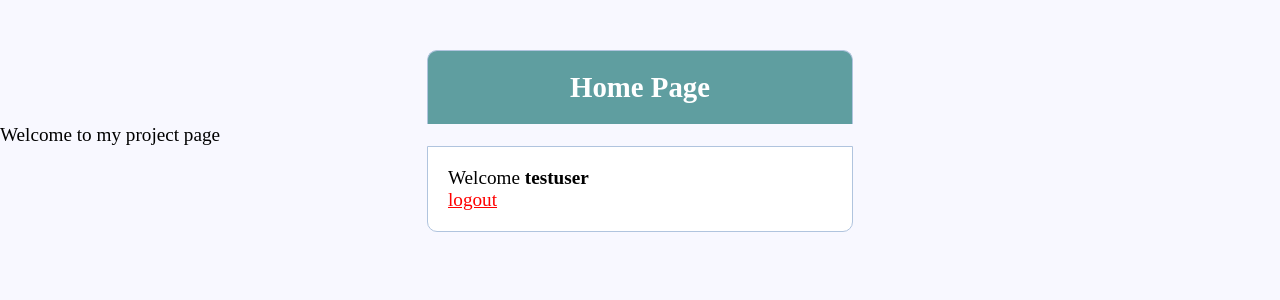
Repository: MrSyntax31/myPage
Page: http://localhost/
These files come from the project's save history. The page is drawn as it stood at one moment and after a run of saves; the edit follows.
The browser window is 1280 px wide. The pictures show the whole page.
The page is run by PHP 8.4 with error messages shown; the project is at /var/www/html/. The session is filled in as if someone had signed in: {"username": "testuser"}. Other server files are loaded and not shown.

Above is the page before, as saved 2022-02-26 16:04:53.

### index.php
<?php
  session_start();

  if (!isset($_SESSION['username'])) {
  	$_SESSION['msg'] = "You must log in first";
  	header('location: login.php');
  }
  if (isset($_GET['logout'])) {
  	session_destroy();
  	unset($_SESSION['username']);
  	header("location: login.php");
  }
?>
<!DOCTYPE html>
<html>
<head>
	<title>Home</title>
	<link rel="stylesheet" type="text/css" href="style.css">
</head>
<body>

<div class="header">
	<h2>Home Page</h2>
</div>
	Welcome to my project page
<div class="content">
  	<!-- notification message -->
  	<?php if (isset($_SESSION['success'])) : ?>
      <div class="error success" >
      	<h3>
          <?php
          	echo $_SESSION['success'];
          	unset($_SESSION['success']);
          ?>
      	</h3>
      </div>
  	<?php endif ?>

    <!-- logged in user information -->
    <?php  if (isset($_SESSION['username'])) : ?>
    	<p>Welcome <strong><?php echo $_SESSION['username']; ?></strong></p>
    	<p> <a href="index.php?logout='1'" style="color: red;">logout</a> </p>
    <?php endif ?>
</div>

</body>
</html>

### style.css
* {
  margin: 0px;
  padding: 0px;
}
body {
  font-size: 120%;
  background: #F8F8FF;
}

.header {
  width: 30%;
  margin: 50px auto 0px;
  color: white;
  background: #5F9EA0;
  text-align: center;
  border: 1px solid #B0C4DE;
  border-bottom: none;
  border-radius: 10px 10px 0px 0px;
  padding: 20px;
}
form, .content {
  width: 30%;
  margin: 0px auto;
  padding: 20px;
  border: 1px solid #B0C4DE;
  background: white;
  border-radius: 0px 0px 10px 10px;
}
.input-group {
  margin: 10px 0px 10px 0px;
}
.input-group label {
  display: block;
  text-align: left;
  margin: 3px;
}
.input-group input {
  height: 30px;
  width: 93%;
  padding: 5px 10px;
  font-size: 16px;
  border-radius: 5px;
  border: 1px solid gray;
}
.btn {
  padding: 10px;
  font-size: 15px;
  color: white;
  background: #5F9EA0;
  border: none;
  border-radius: 5px;
}
.error {
  width: 92%;
  margin: 0px auto;
  padding: 10px;
  border: 1px solid #a94442;
  color: #a94442;
  background: #f2dede;
  border-radius: 5px;
  text-align: left;
}
.success {
  color: #3c763d;
  background: #dff0d8;
  border: 1px solid #3c763d;
  margin-bottom: 20px;

After the next 4 saves:
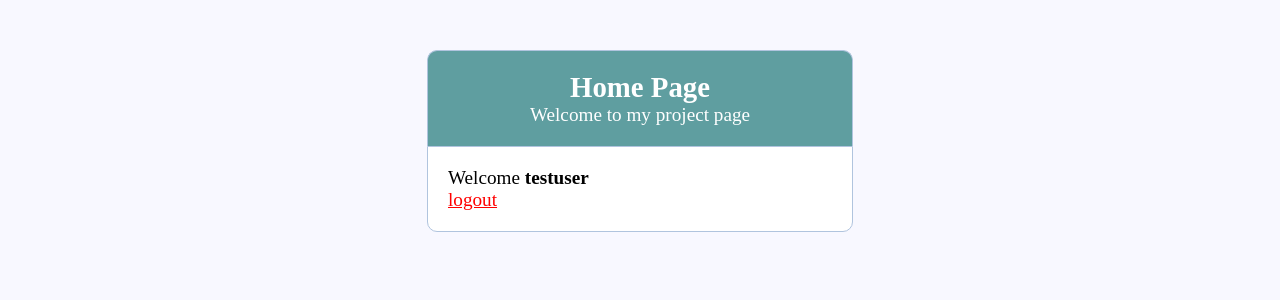
The 4 saves are shown as one change because they came seconds apart.
The last was saved 16 s later.
--- a/index.php
+++ b/index.php
@@ -21,8 +21,8 @@
 
 <div class="header">
 	<h2>Home Page</h2>
+	<p>Welcome to my project page	</p>
 </div>
-	Welcome to my project page
 <div class="content">
   	<!-- notification message -->
   	<?php if (isset($_SESSION['success'])) : ?>
